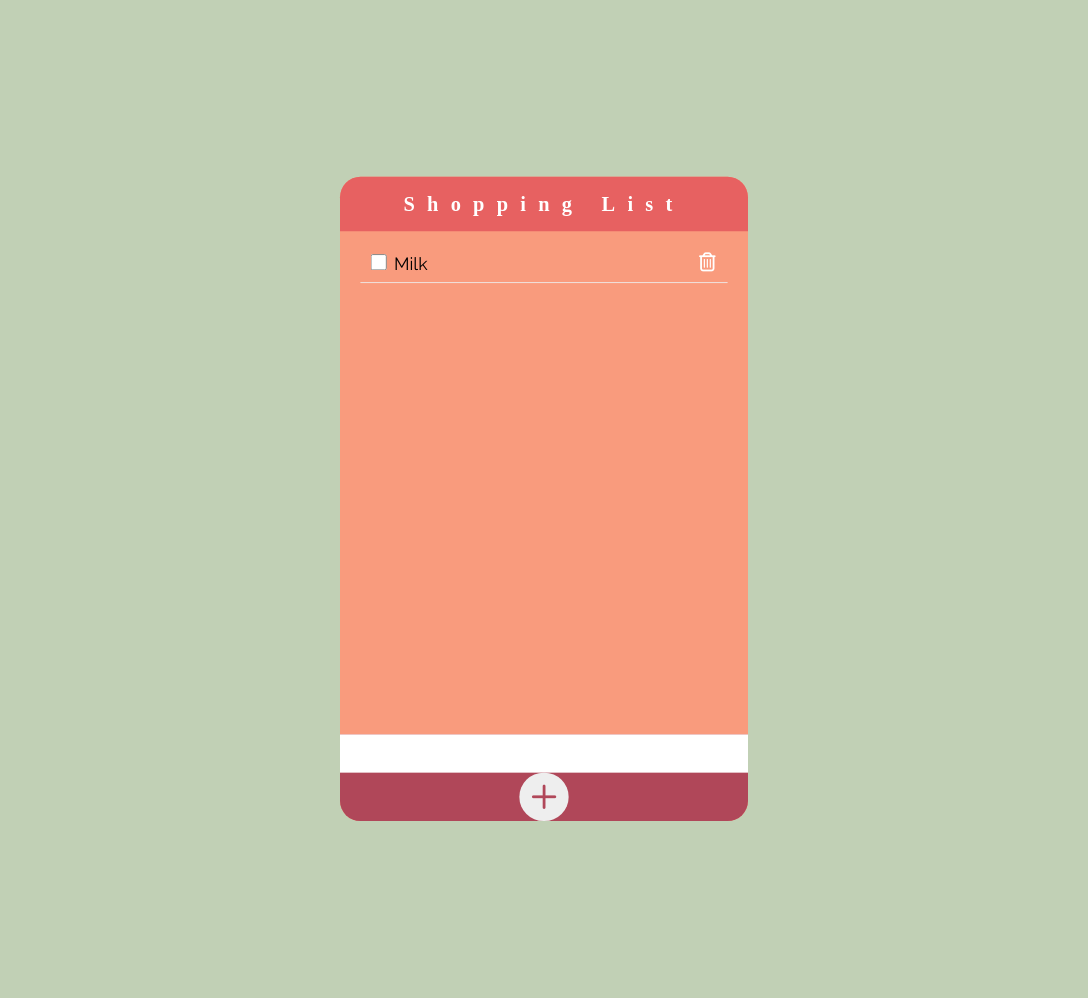
Repository: sephinejo/shopping-list-app
Page: index.html
The author's editor kept a copy of each file at every save. The page is drawn from the files as they stood at one save, then again after the next save.
The browser window is 1280 px wide. The pictures show the whole page, at 85% of full size.
Some web fonts or font styles are not loaded; a fallback is used. Some web libraries are served in a nearby version.

Above is the page before, as saved 2023-05-12 16:26:00.

After the next save:
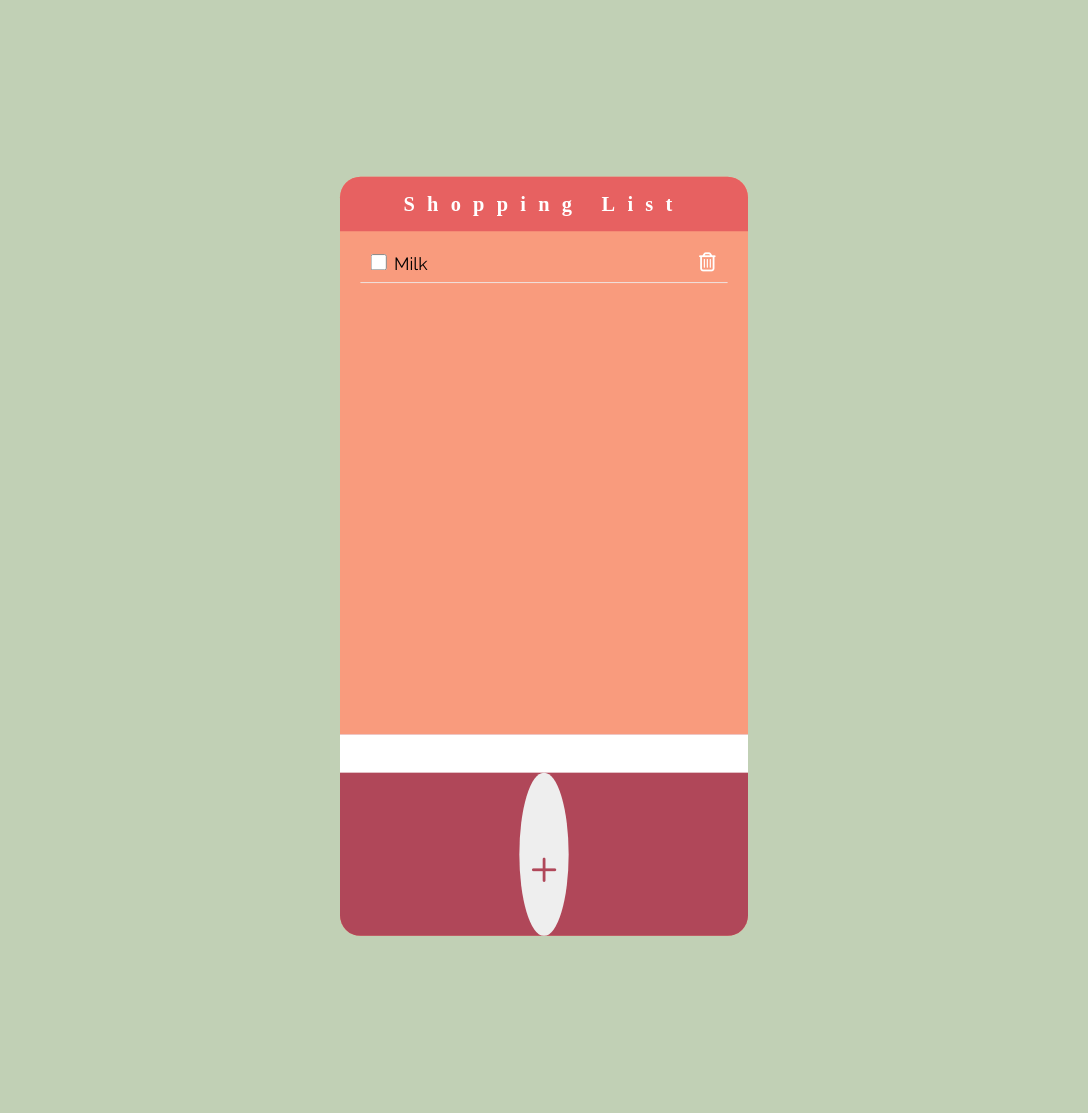
Saved 12 s later.
--- a/style.css
+++ b/style.css
@@ -91,6 +91,7 @@ footer {
 }
 
 .footer__add {
+  padding: 6rem 0;
   height: 3.6rem;
   width: 3.6rem;
   background-color: #eee;

After the save that followed:
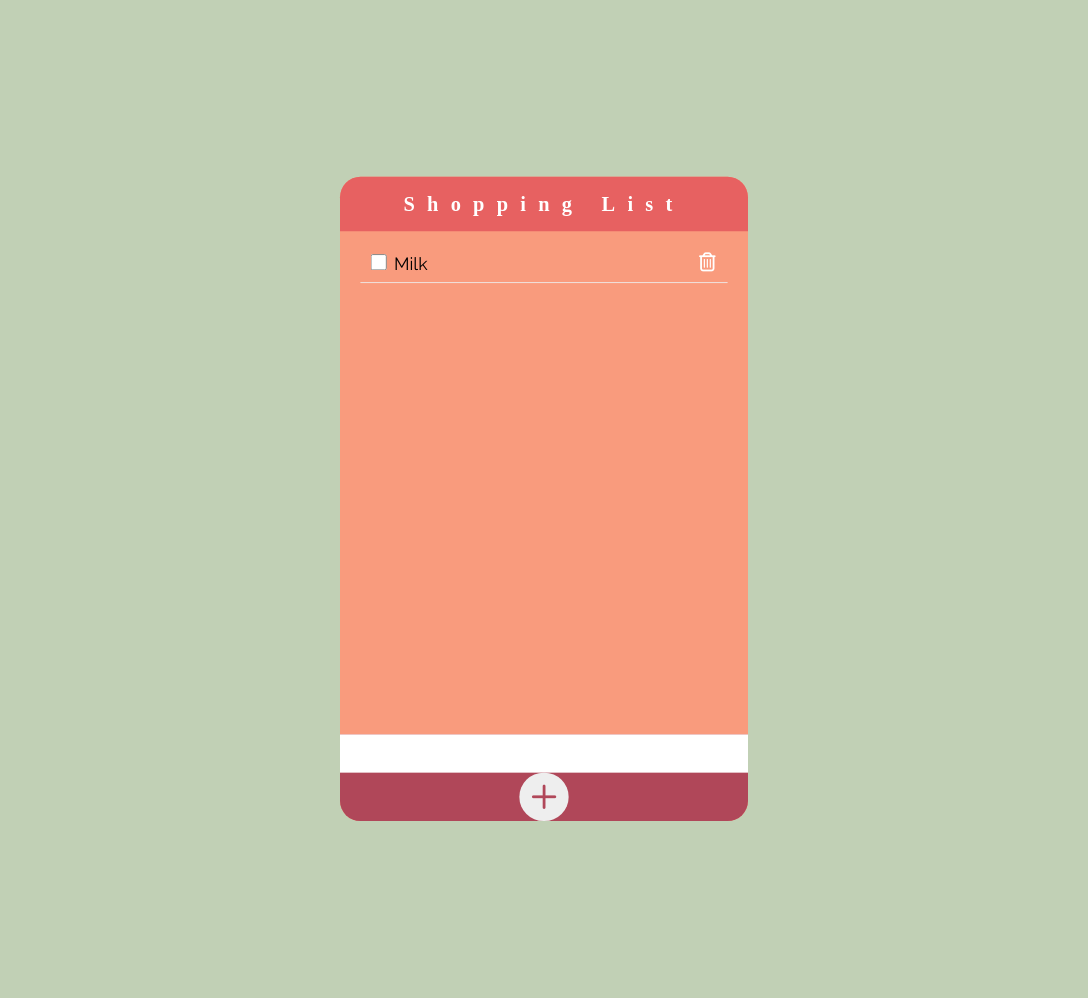
Saved 4 s later.
--- a/style.css
+++ b/style.css
@@ -91,7 +91,6 @@ footer {
 }
 
 .footer__add {
-  padding: 6rem 0;
   height: 3.6rem;
   width: 3.6rem;
   background-color: #eee;
